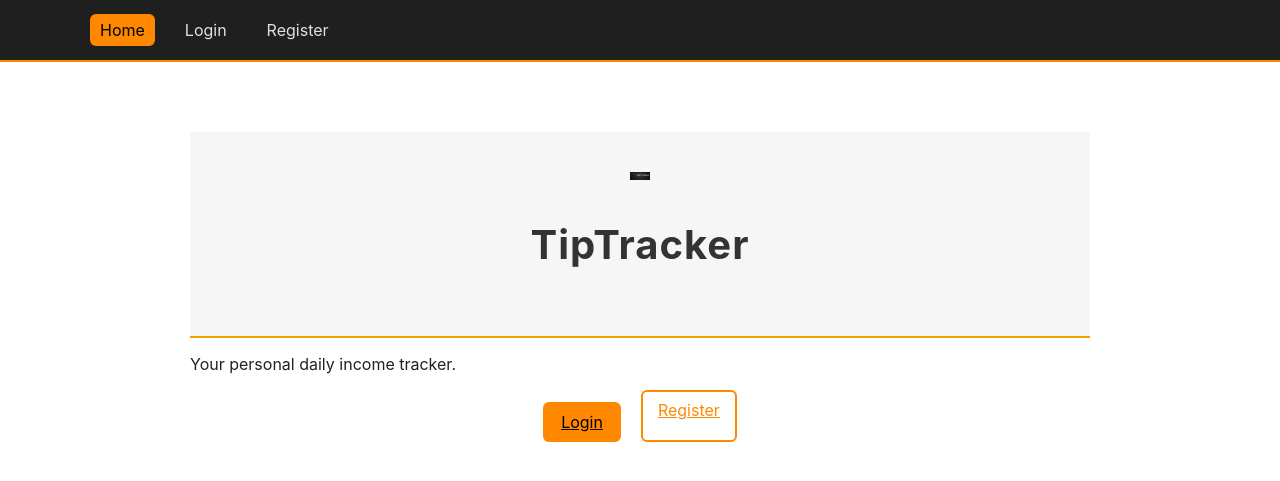
Repository: rozhinasaberi/tip-tracker
Page: frontend/index.html
These files come from the project's save history. The page is drawn as it stood at one moment and after the next save; the edit follows.
The browser window is 1280 px wide. The pictures show the whole page.

Above is the page before, as saved 2025-12-05 04:04:04.

After the next save:
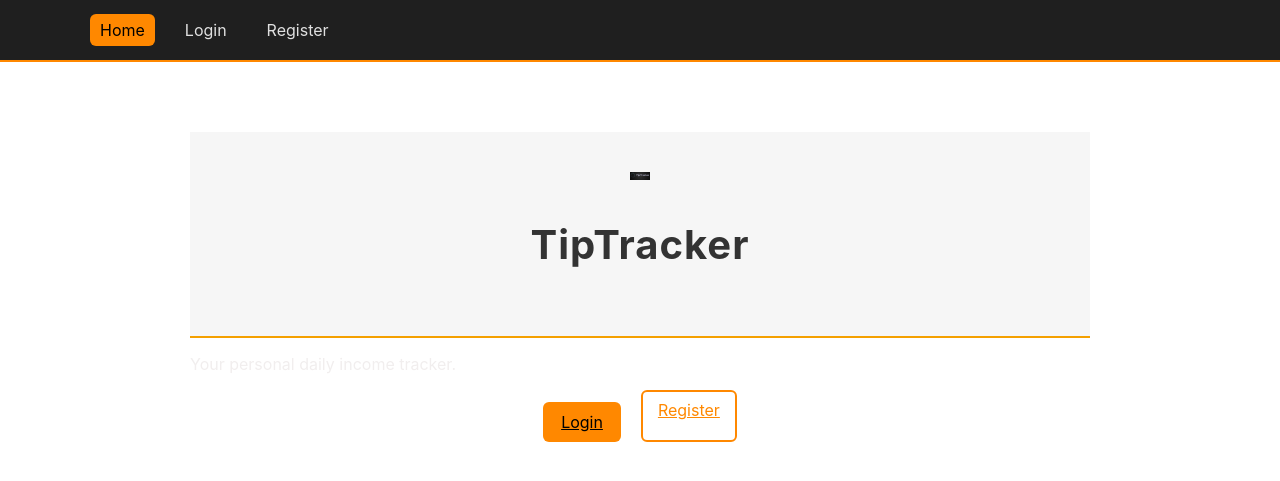
Saved 2 min 9 s later.
--- a/frontend/styles.css
+++ b/frontend/styles.css
@@ -3,7 +3,7 @@
   margin: 0;
   padding: 0;
   background: #ffffff;
-  color: #222222;
+  color: #f1eeee;
   font-family: "Inter", Arial, sans-serif;
 }
 
